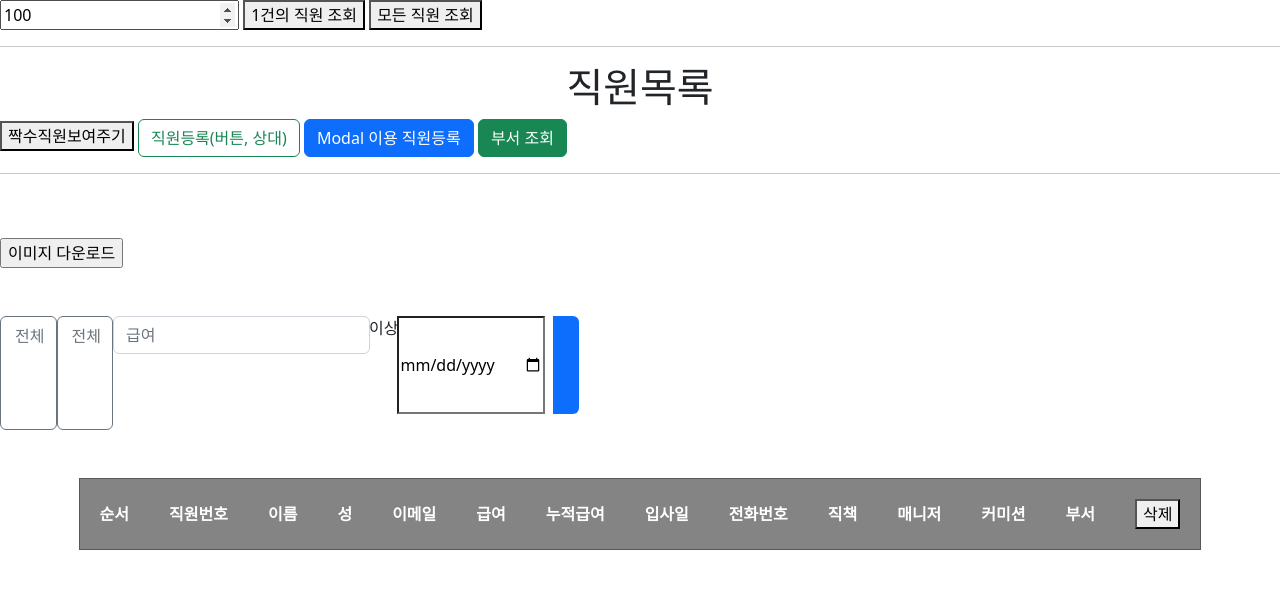
Repository: leessol/spring1
Page: http://localhost/springMVCProject/WEB-INF/views/emp/empSelect.jsp
An editor plug-in stored every save of this project. The page is shown before and after a run of saves, followed by the edit.
The browser window is 1280 px wide. The pictures show the whole page.
The page is served by Tomcat 9. Nobody is signed in. Other server files are loaded and not shown. The template is opened directly, without the code that normally fills it, so the values that code supplies are empty.

Above is the page before, as saved 2023-05-10 06:59:30.

### springMVCProject/src/main/webapp/WEB-INF/views/emp/empSelect.jsp

<%@page import="com.shinhan.vo.EmpVO"%>
<%@page import="java.util.List"%>
<%@ page language="java" contentType="text/html; charset=UTF-8"
	pageEncoding="UTF-8"%>
<%@ taglib prefix="c" uri="http://java.sun.com/jsp/jstl/core"%>
<c:set var="path" value="${pageContext.request.contextPath }" />
<%@ taglib prefix="fmt" uri="http://java.sun.com/jsp/jstl/fmt"%>

<!-- 문자열 함수 라이브러리 사용하기 -->
<%@ taglib prefix="fn" uri="http://java.sun.com/jsp/jstl/functions"%>
<%
//자바를 다 없애야하는데 view에서 아래의 문법은 어쩔 수 없다.
//형변환 해야한다. 왜냐면 오르쪽은 그냥 object 타입이어서. (object(부모)에서 자식으로 강제 형변환)
//view이다 자바를 하면 안된다. --> 원래는 html만 있어야 한다.
//MVC1모델 servlet(controller)가 view를 안 거치고 바로 client에 뿌려주는 것이다. 이렇게 하면 안됨.
//List<EmpVO> empList = (List<EmpVO>) request.getAttribute("empAll");//request.setAttribute("empAll", emplist); 서블릿 페이지에서 세팅을 한것을 받는 것이다.
%>
<!DOCTYPE html>
<html>
<head>
<meta charset="UTF-8">
<title>Insert title here</title>

<%@ include file="../common/commonfiles.jsp"%>
<style>
#container {

}

table {
	border: 1px solid #585858;
	margin: 0 auto;
}

h1 {
	font-size: 20;
	text-align: center;
}

th, td {
	padding: 20px;
	text-align: center;
}

th {
	color: white;
}

td {
	background-color: #F2F2F2;
}

tr th {
	background-color: #848484;
}
</style>

<script>
	$(function() {
		$(".btnDel").on(
				"click",
				function() {
					console.log("Sss");
					location.href = "${path}/emp/empDelete.do?empid="
							+ $(this).attr("data-del"); //get 방식
				});
	});

	$(function() {
		$("thead tr th").click(function(e) {
			//내가 클릭한 th가 몇번째인가?
			var trNum = $(this).closest("th").prevAll().length;
			console.log(trNum);
			var a = $("tbody tr").each(function(index, item) {
				var col = $(item).find("td:nth-child(" + (trNum + 1) + ")");
				console.dir(col);
				//되돌리기(기존선택을 clear)
				$(item).find("td").css("background-color", "white");
				//신규선택의 색깔 바꾸기
				$(col).css("background-color", "orange");
			});
		});
	});

	$(function() {
		$("#my1").click(
				function() {
					$("tbody").each(
							function(index, item) {
								//$(item).css("background-color", "red");
								$(item).find("tr:nth-child(2n+1)").css(
										"background-color", "green");
								//$(item).find("td").css("background-color", "green");
							});

				});

		//#container > table > tbody > tr:nth-child(1) > td:nth-child(2)
	});
</script>


</head>
<body>
	<div id="container">

		<!-- restful 방식 연습 -->
		<input type="number" id="empid" value="100"/>
		<button id="empRetrive">1건의 직원 조회</button>

		<button id="empAll">모든 직원 조회</button>
		<div id = "resultMessage1"></div>

		<hr>


		<h1>직원목록</h1>
		<!-- include 지시자: 합쳐서 컴파일한다. include 디렉티브는 소스를 합쳐서 컴파일한다.  -->
		<%-- <%@ include file="../common/header.jsp" %> --%>
		<!-- include action tag 이용: 컴파일하고 합침 -->

		<button id="my1">짝수직원보여주기</button>
		<button onclick="location.href='${path}/emp/empinsert.do'"
			type="button" class="btn btn-outline-success">직원등록(버튼, 상대)</button>
		<button type="button" class="btn btn-primary" data-bs-toggle="modal"
			data-bs-target="#exampleModal" data-bs-whatever="@mdo">Modal
			이용 직원등록</button>
		<button onclick="location.href='/dept/deptList.do'" type="button"
			class="btn btn-success">부서 조회</button>

		<hr>

		<form method="post" action="${path }/downloadTest/result.jsp">
			<!-- 이름이 가는 것이다.  -->
			<input type=hidden name="param1" value="watch.jpg" /> <br> <input
				type=hidden name="param2" value="umbrella.jpg" /> <br> <input
				type="submit" value="이미지 다운로드">
		</form>

		<div>
		<form class="form-inline justify-content-center my-5" >
				<div class="d-flex">
					<select id="deptid" multiple="multiple"
						class="btn btn-outline-secondary">
						<option value="">전체</option>
						<c:forEach items="${deptList}" var="dept" varStatus="status">
							<!-- 디비에 들어가는 것은 id값이 들어가야 하니깐 value에는 id로 한다.  -->
							<option value="${dept.department_id}">${status.count}.
								${dept.department_name}</option>
						</c:forEach>
					</select> <select id="jobid" multiple="multiple"
						class="btn btn-outline-secondary">
						<option value="">전체</option>
						<c:forEach items="${jobList}" var="job">
							<!-- 디비에 들어가는 것은 id값이 들어가야 하니깐 value에는 id로 한다.  -->
							<option value="${job.job_id}">${job.job_title}</option>
						</c:forEach>
					</select>
					<div class="input-group mb-3">
					<div class="col-xs-4">
						<input type="text" class="form-control " id="salary" placeholder="급여"/></div><span>이상</span>
						<input type="date" id="hireDate"  />
						<input class="btn my-2 my-sm-0 mx-2 bg-primary text-white" type="button" id="searchEmp" />
					</div>
				</div>


		</form>

		</div>
		<table>
			<thead>
				<tr>
					<th>순서</th>
					<th>직원번호</th>
					<th>이름</th>
					<th>성</th>
					<th>이메일</th>
					<th>급여</th>
					<th>누적급여</th>
					<th>입사일</th>
					<th>전화번호</th>
					<th>직책</th>
					<th>매니저</th>
					<th>커미션</th>
					<th>부서</th>
					<th><button>삭제</button></th>
				</tr>
			</thead>

			<tbody id="showList">

				<!--
						<향상된 forEach>
						--for(EmpVO emp: empAll) //이것이랑 같은 의미
				-->
				<c:set var="totalSalary" value="0"></c:set>
				<c:forEach items="${empAll}" var="emp" varStatus="status">
					<c:set var="totalSalary" value="${totalSalary+emp.salary}"></c:set>
					<tr>
						<td
							style="background-color:${status.first||status.last?'orange':'pink'};">${status.count}</td>
						<td><a
							href="${path}/emp/empDetail.do?empid=${emp.employee_id}">${emp.employee_id}</a></td>
						<td><a
							style="color:${fn:length(emp.first_name)>3?'red':'blue'};"
							href="${path}/emp/empDetail.do?empid=${emp.employee_id}">${emp.first_name}</a></td>
						<td>${emp.last_name}</td>
						<td>${emp.email}${fn:substring(emp.email,0,3)}**
							${fn:indexOf(emp.email,"@")}**
							${fn:indexOf(emp.email,"@")>=0?fn:substring(emp.email,0,3):emp.email}
							<%-- ${fn:substring(emp.email,0,${fn:emp.email.indexOf("@")>0?emp.email.indexOf("@"):emp.email.length()})} --%>
						</td>
						<td>${totalSalary}</td>
						<td><fmt:formatNumber value="${emp.salary}"
								groupingUsed="true"></fmt:formatNumber></td>
						<td><fmt:formatDate value="${emp.hire_date}"
								pattern="yyyy/MM/dd" /></td>

						<td>${emp.phone_number}</td>
						<td>${emp.job_id}</td>
						<td>${emp.manager_id}</td>
						<td>${emp.commission_pct}</td>
						<td><fmt:formatNumber type="percent"
								value="${emp.commission_pct}"></fmt:formatNumber></td>
						<td>${emp.department_id}</td>
						<td><button class="btnDel" data-del="${emp.employee_id}">삭제</button></td>
					</tr>

				</c:forEach>



			</tbody>
		</table>

	</div>
</body>
<script>
$(function(){
	$('#searchEmp').on('click',function(){
		console.log($('#deptid').val());
		$.ajax({
			url: "/emp/empCondition.do",
			method: "post",
			data: {"deptid":$('#deptid').val(),"jobid":$('#jobid').val(),"salary":$('#salary').val(),
				"hireDate":$('#hireDate').val()|| undefined
				},
			success: function(r){
				$('#showList').html(r);
			}
		});

	});
})
</script>
<script type="text/javascript">
	$(function(){
		$('#empRetrive').click(function(){
			var empid = $('#empid').val();
			$.ajax({
				url: "/restemp/empDetail.do/"+empid, //값만 들어간다. data 부분이 없음 restful은
				success: function(r){
					console.log(r);
					$('#resultMessage1').html(r.first_name);
				},
				error: function(){}
			});
		});

		$('#empAll').click(function(){
			$.ajax({
				url: "/restemp/emplist.do/", //값만 들어간다. data 부분이 없음 restful은
				success: function(r){
					var output = "<ul>";
					$.each(r,function(index,item){
						output += "<li>" + item.first_name + "</li>";
					});
					$('#resultMessage1').html(output + "</ul>");
				},
				error: function(){}
			});
		});
	});

</script>
</html>

### springMVCProject/src/main/webapp/WEB-INF/views/common/commonfiles.jsp
<%@ page language="java" contentType="text/html; charset=UTF-8"
    pageEncoding="UTF-8"%>
<meta name="viewport" content="width=device-width, initial-scale=1">
<link
href="https://cdn.jsdelivr.net/npm/bootstrap@5.2.3/dist/css/bootstrap.min.css"
rel="stylesheet">
<script
src="https://cdn.jsdelivr.net/npm/bootstrap@5.2.3/dist/js/bootstrap.bundle.min.js"></script>
<script src="https://ajax.googleapis.com/ajax/libs/jquery/3.6.3/jquery.min.js"></script>

After the next 2 saves:
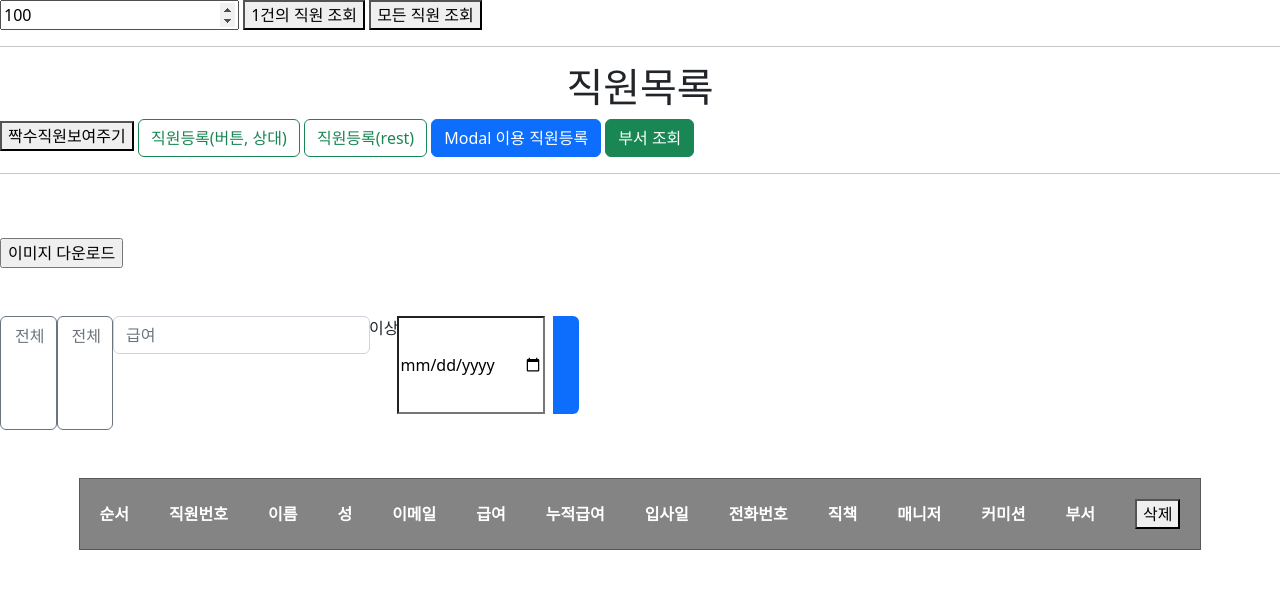
The 2 saves are shown as one change because they came seconds apart.
The last was saved 10 min 45 s later.
--- a/springMVCProject/src/main/webapp/WEB-INF/views/emp/empSelect.jsp
+++ b/springMVCProject/src/main/webapp/WEB-INF/views/emp/empSelect.jsp
@@ -123,6 +123,8 @@
 		<button id="my1">짝수직원보여주기</button>
 		<button onclick="location.href='${path}/emp/empinsert.do'"
 			type="button" class="btn btn-outline-success">직원등록(버튼, 상대)</button>
+		<button onclick="location.href='${path}/emp/empinsert.do'"
+			type="button" class="btn btn-outline-success">직원등록(rest)</button>
 		<button type="button" class="btn btn-primary" data-bs-toggle="modal"
 			data-bs-target="#exampleModal" data-bs-whatever="@mdo">Modal
 			이용 직원등록</button>

After the 4 saves that followed:
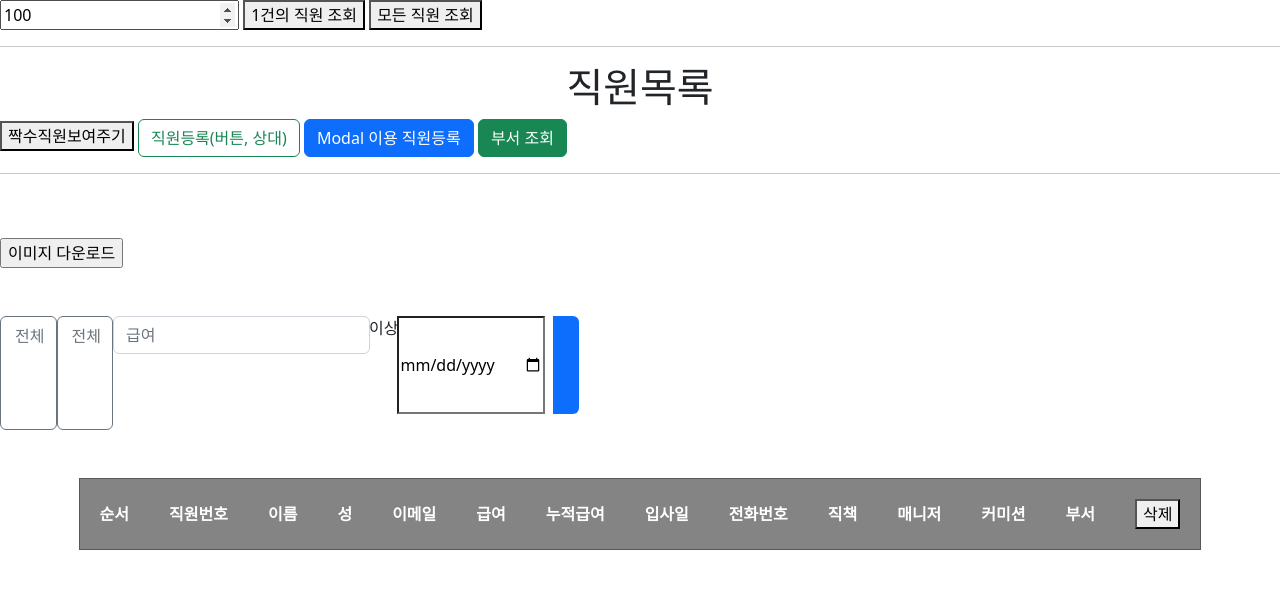
The 4 saves are shown as one change because 2 left the picture as it was and some came seconds apart.
The last was saved 2 min 4 s later.
--- a/springMVCProject/src/main/webapp/WEB-INF/views/emp/empSelect.jsp
+++ b/springMVCProject/src/main/webapp/WEB-INF/views/emp/empSelect.jsp
@@ -123,8 +123,6 @@
 		<button id="my1">짝수직원보여주기</button>
 		<button onclick="location.href='${path}/emp/empinsert.do'"
 			type="button" class="btn btn-outline-success">직원등록(버튼, 상대)</button>
-		<button onclick="location.href='${path}/emp/empinsert.do'"
-			type="button" class="btn btn-outline-success">직원등록(rest)</button>
 		<button type="button" class="btn btn-primary" data-bs-toggle="modal"
 			data-bs-target="#exampleModal" data-bs-whatever="@mdo">Modal
 			이용 직원등록</button>
